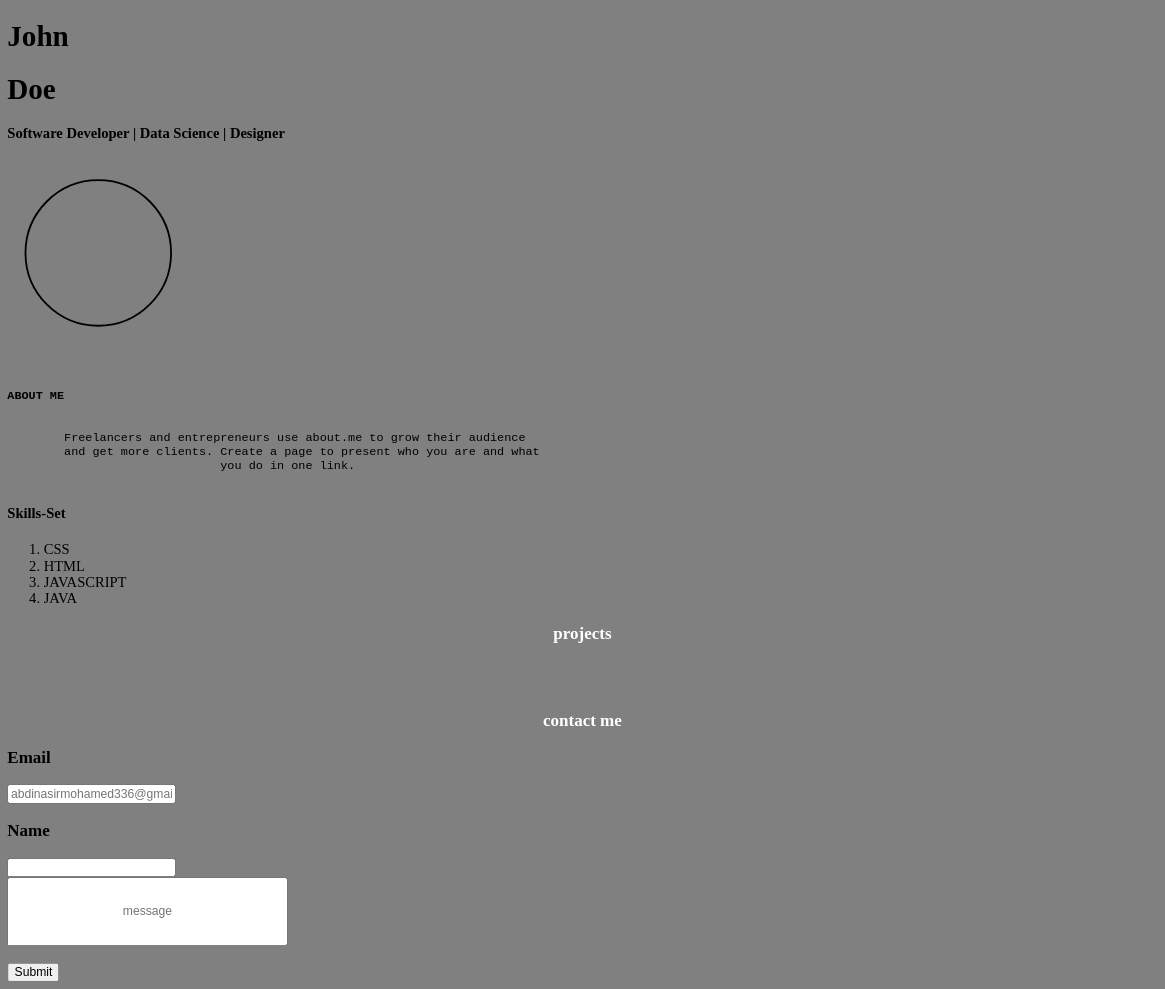
Repository: mrjayajay/week-1-code-challenges
Page: assignment/index.html
These files come from the project's save history. The page is drawn as it stood at one moment and after the next save; the edit follows.
The browser window is 1280 px wide. The pictures show the whole page, at 91% of full size.

Above is the page before, as saved 2024-03-12 11:51:11.

### assignment/index.html
<!DOCTYPE html>
<html lang="en">
<head>
    <meta charset="UTF-8">
    <meta name="viewport" content="width=device-width, initial-scale=1.0">
    <title>ASSIGNMENT</title>
    <link rel="stylesheet" href="style.css">
</head>
<body>
    <h1>John</h1>
    <h1>Doe</H1>
    <div id="sof">
    <h4>Software Developer | Data Science | Designer</h4>
    </div>
     <div id="circ" class="list">
    <svg width="200" height="200">
    <circle cx="100" cy="100" r="80" fill="GREY" stroke="black" stroke-width="2"/></svg>

    </div>
    <div id="brief">
        <pre>
    <h4 id="head">ABOUT ME</h4>
        Freelancers and entrepreneurs use about.me to grow their audience
        and get more clients. Create a page to present who you are and what
                              you do in one link.
    </pre>
    </div>

    <h4>Skills-Set</h4>
    <ol>
        <li>CSS</li>
        <LI>HTML</LI>
        <LI>JAVASCRIPT</LI>
        <LI>JAVA</LI>
    </ol>
    <h3>projects</h3>
    <br>
    <div class="container1">
        <div class="box" id="box1"></div>
        <div class="box" id="box2"></div>
        <div class="box" id="box3"></div>
    </div>
    <br>
    <div class="container2">
    <div  class="box" id="box4"></div>
    <div class="box" id="box5"></div>
    <div class="box" id="box6"></div>
    </div>

    <h3>contact me</h3>

    <form>
        <div id="class">
            <h3 class="zenz">Email</h3>
            <input type="email" placeholder="abdinasirmohamed336@gmail.com" class="zenz">
        </div>
        <div id="class">
            <h3 class="zenz">Name</h3>
            <input type="text" class="zenz">
        </div>
        <div id="class">
            <input type="text" placeholder="message" id="brr" class="zenz">

        </div>
    <br>
    <div id="sub">
        <input type="submit" id="cnn" class="zenz">

    </div>
    </form>
</body>
</html>

### assignment/style.css
*{
    padding:0px
    margin:0px
}
body {
    background-color: grey;
    font-family: 'Times New Roman', Times, serif;
}
#name{
    color: white;
    margin-left: 40px;
}
h3{
    color: white;
    text-align: center;
}
.zenz{color: black;
text-align: left;
}
.frame{
    width:632px;
    height: 1813px;
    background-color: darkgrey;
    margin-left: 700px;
    top: -216px;
    left: -293px;
}
#brr{
    height: 70px;
    width: 300px;
    text-align: center;

}

After the next save:
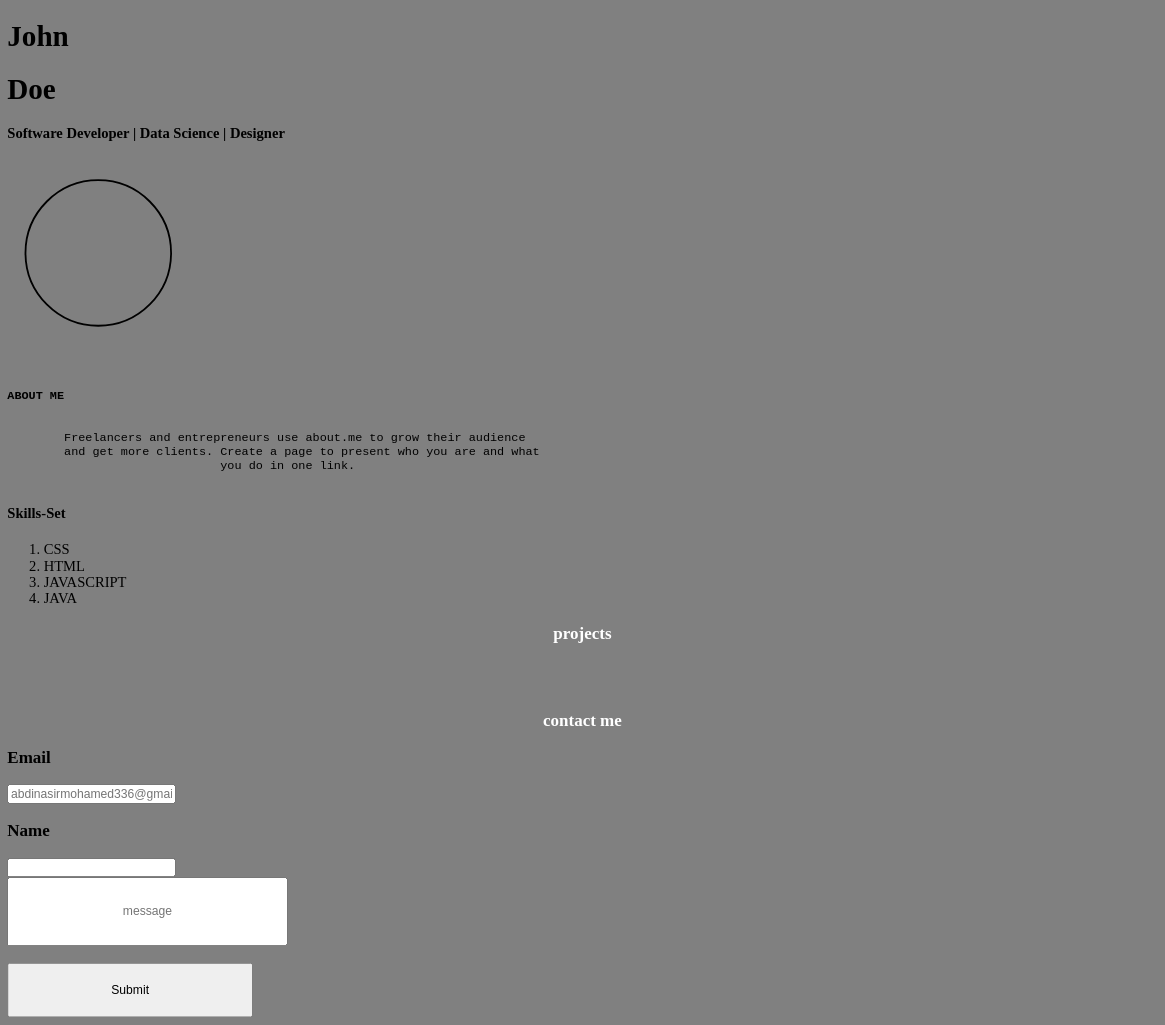
Saved 99 s later.
--- a/assignment/style.css
+++ b/assignment/style.css
@@ -31,3 +31,9 @@ text-align: left;
     text-align: center;
 
 }
+#cnn{
+    height: 60px;
+    width: 270px;
+    text-align: center;
+
+}
